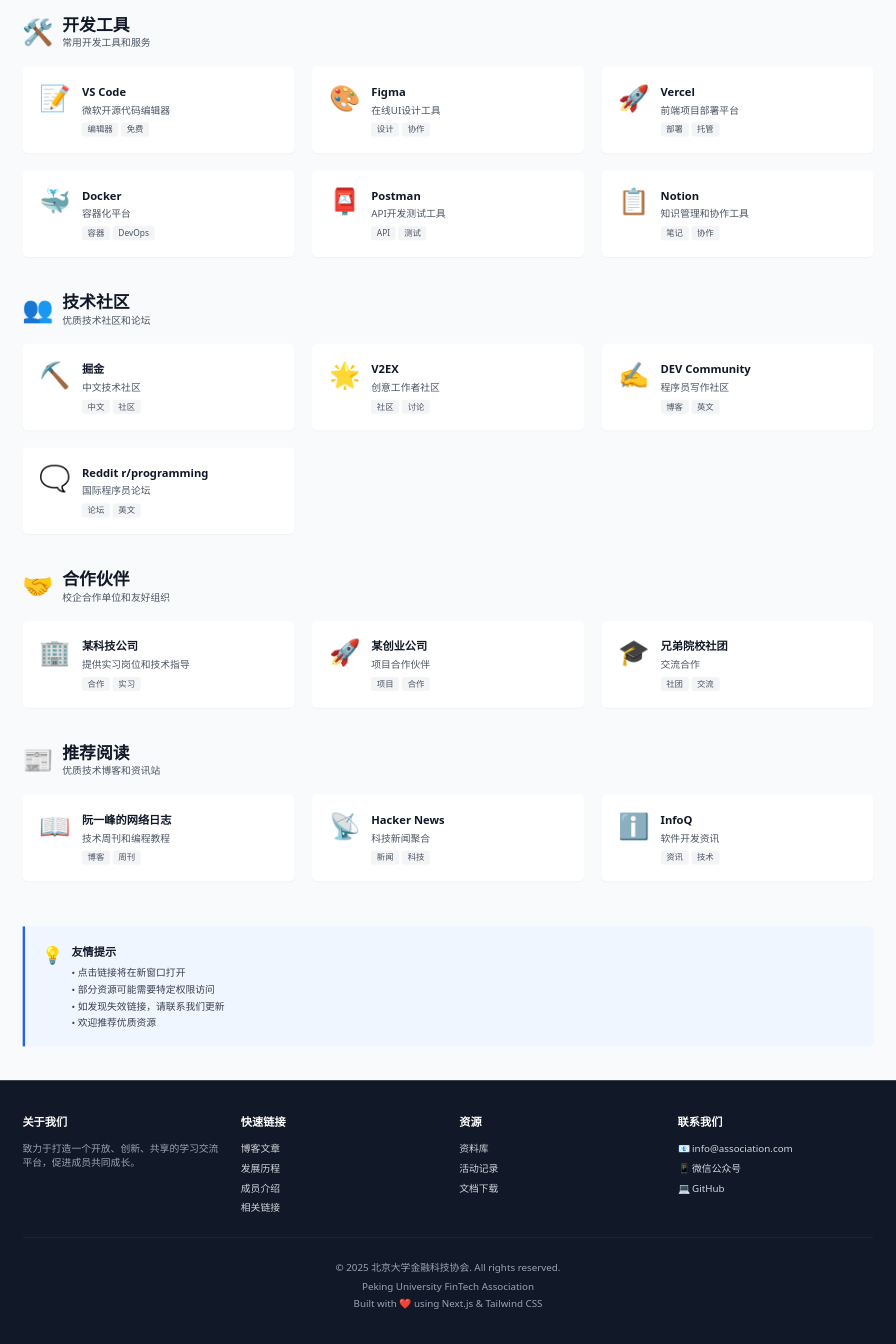
Repository: odsbaron/association-website
Page: /links
These files come from the project's save history. The page is drawn as it stood at one moment and after the next save; the edit follows.
The browser window is 1280 px wide. The pictures show the part of the page from y = 1013 to 2933 px (the page is 2933 px tall before and 2537 px after), at 70% of full size.
The project was rebuilt for these pictures with package versions that can differ from the ones it lists, and the page was loaded fresh each time. The framework's server and built-in components were replaced by stand-ins that run in the browser. Also part of the build but not shown: next.config.js.

Above is the page before, as saved 2025-12-06 12:55:38.

### app/layout.tsx
import type { Metadata } from "next";
import "./globals.css";
import Header from "@/components/layout/Header";
import Footer from "@/components/layout/Footer";

export const metadata: Metadata = {
  title: "协会官方网站",
  description: "展示协会发展历程、活动资料和成员信息的官方平台",
};

export default function RootLayout({
  children,
}: Readonly<{
  children: React.ReactNode;
}>) {
  return (
    <html lang="zh-CN">
      <body className="min-h-screen flex flex-col">
        <Header />
        <main className="flex-1">
          {children}
        </main>
        <Footer />
      </body>
    </html>
  );
}

### app/links/page.tsx
import { getLinkCategories } from "@/lib/links";

export default function LinksPage() {
  const categories = getLinkCategories();

  return (
    <div className="max-w-7xl mx-auto px-4 sm:px-6 lg:px-8 py-12">
      <div className="mb-12">
        <h1 className="text-4xl font-bold mb-4">链接导航</h1>
        <p className="text-gray-600">精选资源与友情链接</p>
      </div>

      <div className="space-y-12">
        {categories.map((category) => (
          <section key={category.name}>
            <div className="flex items-center gap-3 mb-6">
              <span className="text-4xl">{category.icon}</span>
              <div>
                <h2 className="text-2xl font-bold">{category.name}</h2>
                <p className="text-sm text-gray-600">{category.description}</p>
              </div>
            </div>

            <div className="grid md:grid-cols-3 gap-6">
              {category.links.map((link) => (
                <a
                  key={link.name}
                  href={link.url}
                  target="_blank"
                  rel="noopener noreferrer"
                  className="bg-white rounded-lg shadow-sm p-6 hover:shadow-md transition-all hover:-translate-y-1 group"
                >
                  <div className="flex items-start gap-4">
                    <div className="text-4xl">{link.icon}</div>
                    <div className="flex-1">
                      <h3 className="font-semibold mb-1 group-hover:text-primary transition-colors">
                        {link.name}
                      </h3>
                      <p className="text-sm text-gray-600 mb-2">
                        {link.description}
                      </p>
                      {link.tags && (
                        <div className="flex flex-wrap gap-1">
                          {link.tags.map((tag) => (
                            <span
                              key={tag}
                              className="px-2 py-0.5 bg-gray-100 text-gray-600 text-xs rounded"
                            >
                              {tag}
                            </span>
                          ))}
                        </div>
                      )}
                    </div>
                  </div>
                </a>
              ))}
            </div>
          </section>
        ))}
      </div>

      {/* 友情提示 */}
      <div className="mt-16 bg-blue-50 border-l-4 border-primary p-6 rounded-r-lg">
        <div className="flex items-start gap-3">
          <span className="text-2xl">💡</span>
          <div>
            <h3 className="font-semibold mb-2">友情提示</h3>
            <ul className="text-sm text-gray-700 space-y-1">
              <li>• 点击链接将在新窗口打开</li>
              <li>• 部分资源可能需要特定权限访问</li>
              <li>• 如发现失效链接，请联系我们更新</li>
              <li>• 欢迎推荐优质资源</li>
            </ul>
          </div>
        </div>
      </div>
    </div>
  );
}

### app/globals.css
@tailwind base;
@tailwind components;
@tailwind utilities;

:root {
  --primary: 37 99 235;
  --secondary: 124 58 237;
  --accent: 245 158 11;
}

body {
  @apply bg-gray-50 text-gray-900;
}

/* 文章内容样式 */
.prose {
  @apply max-w-none;
}

.prose h1 {
  @apply text-3xl font-bold mt-8 mb-4 text-gray-900;
}

.prose h2 {
  @apply text-2xl font-bold mt-6 mb-3 text-gray-800;
}

.prose h3 {
  @apply text-xl font-semibold mt-4 mb-2 text-gray-700;
}

.prose p {
  @apply mb-4 leading-7 text-gray-700;
}

.prose a {
  @apply text-primary underline hover:text-primary-600 transition-colors;
}

.prose ul {
  @apply list-disc list-inside mb-4 space-y-2;
}

.prose ol {
  @apply list-decimal list-inside mb-4 space-y-2;
}

.prose code {
  @apply bg-gray-100 px-2 py-1 rounded text-sm font-mono;
}

.prose pre {
  @apply bg-gray-900 text-gray-100 p-4 rounded-lg overflow-x-auto mb-4;
}

.prose blockquote {
  @apply border-l-4 border-primary pl-4 italic my-4 text-gray-600;
}

.prose img {
  @apply rounded-lg my-6 shadow-md;
}

.prose table {
  @apply w-full border-collapse mb-4;
}

.prose th {
  @apply bg-gray-100 border border-gray-300 px-4 py-2 font-semibold;
}

.prose td {
  @apply border border-gray-300 px-4 py-2;
}

### components/layout/Header.tsx
"use client";

import Link from "next/link";
import Image from "next/image";
import { useState } from "react";

export default function Header() {
  const [mobileMenuOpen, setMobileMenuOpen] = useState(false);

  const navItems = [
    { name: "首页", href: "/" },
    { name: "博客", href: "/blog" },
    { name: "发展历程", href: "/timeline" },
    { name: "资料库", href: "/archives" },
    { name: "成员", href: "/members" },
    { name: "链接", href: "/links" },
    { name: "关于", href: "/about" },
  ];

  return (
    <header className="bg-white shadow-sm sticky top-0 z-50">
      <nav className="max-w-7xl mx-auto px-4 sm:px-6 lg:px-8">
        <div className="flex justify-between items-center h-16">
          {/* Logo */}
          <Link href="/" className="flex items-center space-x-3">
            <Image
              src="/logo.jpg"
              alt="北京大学金融科技协会"
              width={180}
              height={50}
              className="h-12 w-auto"
              priority
            />
          </Link>

          {/* Desktop Navigation */}
          <div className="hidden md:flex space-x-8">
            {navItems.map((item) => (
              <Link
                key={item.name}
                href={item.href}
                className="text-gray-700 hover:text-primary transition-colors font-medium"
              >
                {item.name}
              </Link>
            ))}
          </div>

          {/* Mobile menu button */}
          <button
            className="md:hidden p-2"
            onClick={() => setMobileMenuOpen(!mobileMenuOpen)}
          >
            <svg
              className="w-6 h-6"
              fill="none"
              stroke="currentColor"
              viewBox="0 0 24 24"
            >
              {mobileMenuOpen ? (
                <path
                  strokeLinecap="round"
                  strokeLinejoin="round"
                  strokeWidth={2}
                  d="M6 18L18 6M6 6l12 12"
                />
              ) : (
                <path
                  strokeLinecap="round"
                  strokeLinejoin="round"
                  strokeWidth={2}
                  d="M4 6h16M4 12h16M4 18h16"
                />
              )}
            </svg>
          </button>
        </div>

        {/* Mobile Navigation */}
        {mobileMenuOpen && (
          <div className="md:hidden py-4 border-t">
            {navItems.map((item) => (
              <Link
                key={item.name}
                href={item.href}
                className="block py-2 text-gray-700 hover:text-primary transition-colors font-medium"
                onClick={() => setMobileMenuOpen(false)}
              >
                {item.name}
              </Link>
            ))}
          </div>
        )}
      </nav>
    </header>
  );
}

### components/layout/Footer.tsx
import Link from "next/link";

export default function Footer() {
  const currentYear = new Date().getFullYear();

  return (
    <footer className="bg-gray-900 text-gray-300">
      <div className="max-w-7xl mx-auto px-4 sm:px-6 lg:px-8 py-12">
        <div className="grid md:grid-cols-4 gap-8">
          {/* About */}
          <div>
            <h3 className="text-white font-semibold mb-4">关于我们</h3>
            <p className="text-sm text-gray-400">
              致力于打造一个开放、创新、共享的学习交流平台，促进成员共同成长。
            </p>
          </div>

          {/* Quick Links */}
          <div>
            <h3 className="text-white font-semibold mb-4">快速链接</h3>
            <ul className="space-y-2 text-sm">
              <li>
                <Link href="/blog" className="hover:text-white transition-colors">
                  博客文章
                </Link>
              </li>
              <li>
                <Link href="/timeline" className="hover:text-white transition-colors">
                  发展历程
                </Link>
              </li>
              <li>
                <Link href="/members" className="hover:text-white transition-colors">
                  成员介绍
                </Link>
              </li>
              <li>
                <Link href="/links" className="hover:text-white transition-colors">
                  相关链接
                </Link>
              </li>
            </ul>
          </div>

          {/* Resources */}
          <div>
            <h3 className="text-white font-semibold mb-4">资源</h3>
            <ul className="space-y-2 text-sm">
              <li>
                <Link href="/archives" className="hover:text-white transition-colors">
                  资料库
                </Link>
              </li>
              <li>
                <a href="#" className="hover:text-white transition-colors">
                  活动记录
                </a>
              </li>
              <li>
                <a href="#" className="hover:text-white transition-colors">
                  文档下载
                </a>
              </li>
            </ul>
          </div>

          {/* Contact */}
          <div>
            <h3 className="text-white font-semibold mb-4">联系我们</h3>
            <ul className="space-y-2 text-sm">
              <li>
                <a href="mailto:info@association.com" className="hover:text-white transition-colors">
                  📧 info@association.com
                </a>
              </li>
              <li>
                <a href="#" className="hover:text-white transition-colors">
                  📱 微信公众号
                </a>
              </li>
              <li>
                <a href="https://github.com" className="hover:text-white transition-colors">
                  💻 GitHub
                </a>
              </li>
            </ul>
          </div>
        </div>

        <div className="border-t border-gray-800 mt-8 pt-8 text-sm text-center text-gray-400">
          <p>© {currentYear} 北京大学金融科技协会. All rights reserved.</p>
          <p className="mt-2">
            Peking University FinTech Association
          </p>
          <p className="mt-1">
            Built with ❤️ using Next.js & Tailwind CSS
          </p>
        </div>
      </div>
    </footer>
  );
}

### lib/links.ts
export interface Link {
  name: string;
  url: string;
  description: string;
  icon: string;
  tags?: string[];
}

export interface LinkCategory {
  name: string;
  description: string;
  icon: string;
  links: Link[];
}

export function getLinkCategories(): LinkCategory[] {
  return [
    {
      name: "官方平台",
      description: "协会官方社交媒体和平台",
      icon: "🏢",
      links: [
        {
          name: "微信公众号",
          url: "#",
          description: "关注我们的官方公众号，获取最新动态",
          icon: "💬",
          tags: ["官方", "推荐"],
        },
        {
          name: "GitHub组织",
          url: "https://github.com/PKUAFT25",
          description: "查看我们的开源项目和代码仓库",
          icon: "💻",
          tags: ["开源", "代码"],
        },
        {
          name: "哔哩哔哩",
          url: "https://bilibili.com",
          description: "技术分享视频和活动录播",
          icon: "📺",
          tags: ["视频", "教程"],
        },
        {
          name: "知乎专栏",
          url: "https://zhihu.com",
          description: "技术文章和经验分享",
          icon: "📚",
          tags: ["文章", "分享"],
        },
      ],
    },
    {
      name: "学习资源",
      description: "精选的学习资料和教程",
      icon: "📖",
      links: [
        {
          name: "MDN Web Docs",
          url: "https://developer.mozilla.org",
          description: "Web开发权威文档",
          icon: "🌐",
          tags: ["前端", "文档"],
        },
        {
          name: "FreeCodeCamp",
          url: "https://freecodecamp.org",
          description: "免费编程学习平台",
          icon: "🎓",
          tags: ["教程", "免费"],
        },
        {
          name: "LeetCode",
          url: "https://leetcode.com",
          description: "算法题库和编程练习",
          icon: "💡",
          tags: ["算法", "刷题"],
        },
        {
          name: "Coursera",
          url: "https://coursera.org",
          description: "在线课程平台",
          icon: "🎯",
          tags: ["课程", "学习"],
        },
        {
          name: "GitHub Student Pack",
          url: "https://education.github.com/pack",
          description: "学生开发者工具包",
          icon: "🎁",
          tags: ["学生", "福利"],
        },
        {
          name: "Stack Overflow",
          url: "https://stackoverflow.com",
          description: "程序员问答社区",
          icon: "❓",
          tags: ["问答", "社区"],
        },
      ],
    },
    {
      name: "开发工具",
      description: "常用开发工具和服务",
      icon: "🛠️",
      links: [
        {
          name: "VS Code",
          url: "https://code.visualstudio.com",
          description: "微软开源代码编辑器",
          icon: "📝",
          tags: ["编辑器", "免费"],
        },
        {
          name: "Figma",
          url: "https://figma.com",
          description: "在线UI设计工具",
          icon: "🎨",
          tags: ["设计", "协作"],
        },
        {
          name: "Vercel",
          url: "https://vercel.com",
          description: "前端项目部署平台",
          icon: "🚀",
          tags: ["部署", "托管"],
        },
        {
          name: "Docker",
          url: "https://docker.com",
          description: "容器化平台",
          icon: "🐳",
          tags: ["容器", "DevOps"],
        },
        {
          name: "Postman",
          url: "https://postman.com",
          description: "API开发测试工具",
          icon: "📮",
          tags: ["API", "测试"],
        },
        {
          name: "Notion",
          url: "https://notion.so",
          description: "知识管理和协作工具",
          icon: "📋",
          tags: ["笔记", "协作"],
        },
      ],
    },
    {
      name: "技术社区",
      description: "优质技术社区和论坛",
      icon: "👥",
      links: [
        {
          name: "掘金",
          url: "https://juejin.cn",
          description: "中文技术社区",
          icon: "⛏️",
          tags: ["中文", "社区"],
        },
        {
          name: "V2EX",
          url: "https://v2ex.com",
          description: "创意工作者社区",
          icon: "🌟",
          tags: ["社区", "讨论"],
        },
        {
          name: "DEV Community",
          url: "https://dev.to",
          description: "程序员写作社区",
          icon: "✍️",
          tags: ["博客", "英文"],
        },
        {
          name: "Reddit r/programming",
          url: "https://reddit.com/r/programming",
          description: "国际程序员论坛",
          icon: "🗨️",
          tags: ["论坛", "英文"],
        },
      ],
    },
    {
      name: "合作伙伴",
      description: "校企合作单位和友好组织",
      icon: "🤝",
      links: [
        {
          name: "某科技公司",
          url: "#",
          description: "提供实习岗位和技术指导",
          icon: "🏢",
          tags: ["合作", "实习"],
        },
        {
          name: "某创业公司",
          url: "#",
          description: "项目合作伙伴",
          icon: "🚀",
          tags: ["项目", "合作"],
        },
        {
          name: "兄弟院校社团",
          url: "#",
          description: "交流合作",
          icon: "🎓",
          tags: ["社团", "交流"],
        },
      ],
    },
    {
      name: "推荐阅读",
      description: "优质技术博客和资讯站",
      icon: "📰",
      links: [
        {
          name: "阮一峰的网络日志",
          url: "https://ruanyifeng.com/blog",
          description: "技术周刊和编程教程",
          icon: "📖",
          tags: ["博客", "周刊"],
        },
        {
          name: "Hacker News",
          url: "https://news.ycombinator.com",
          description: "科技新闻聚合",
          icon: "📡",
          tags: ["新闻", "科技"],
        },
        {
          name: "InfoQ",
          url: "https://infoq.cn",
          description: "软件开发资讯",
          icon: "ℹ️",
          tags: ["资讯", "技术"],
        },
      ],
    },
  ];
}

### tailwind.config.ts
import type { Config } from "tailwindcss";

const config: Config = {
  content: [
    "./pages/**/*.{js,ts,jsx,tsx,mdx}",
    "./components/**/*.{js,ts,jsx,tsx,mdx}",
    "./app/**/*.{js,ts,jsx,tsx,mdx}",
  ],
  theme: {
    extend: {
      colors: {
        primary: {
          DEFAULT: '#2563eb',
          50: '#eff6ff',
          100: '#dbeafe',
          200: '#bfdbfe',
          300: '#93c5fd',
          400: '#60a5fa',
          500: '#3b82f6',
          600: '#2563eb',
          700: '#1d4ed8',
          800: '#1e40af',
          900: '#1e3a8a',
        },
        secondary: {
          DEFAULT: '#7c3aed',
          500: '#7c3aed',
          600: '#6d28d9',
        },
      },
    },
  },
  plugins: [],
};

export default config;

After the next save:
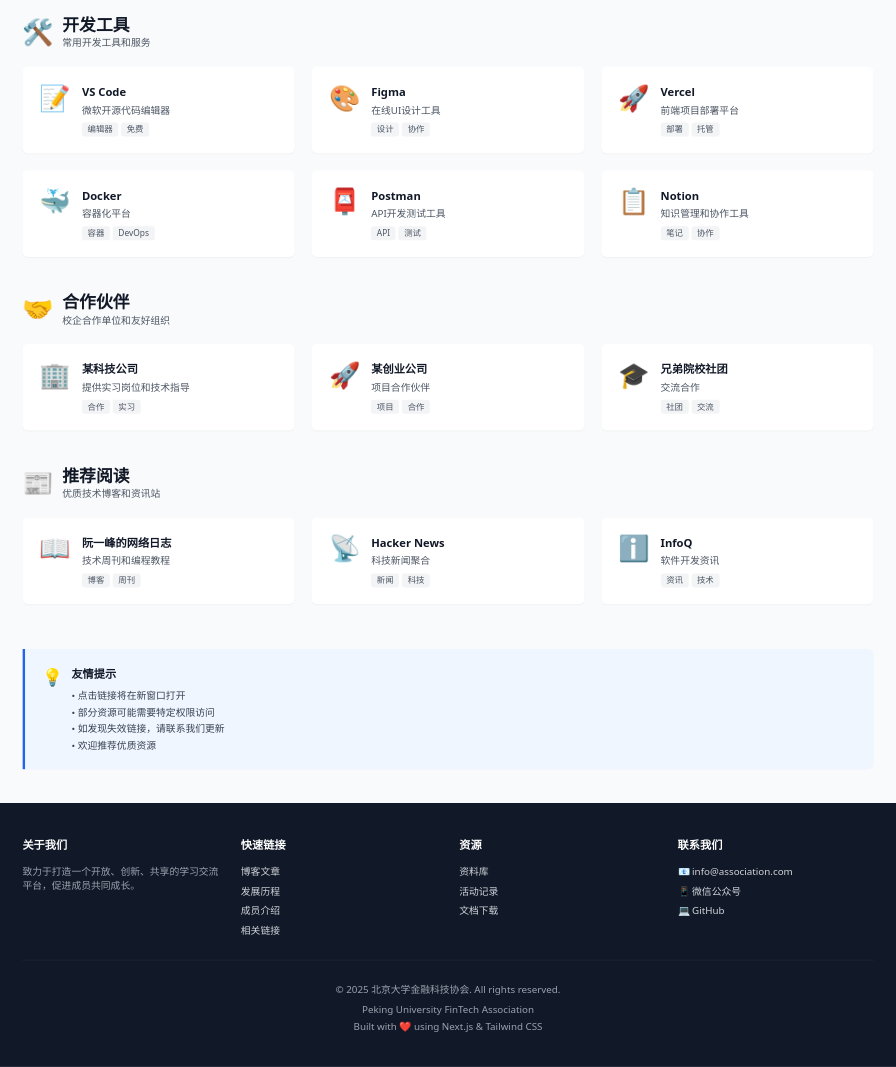
Saved 22 s later.
--- a/lib/links.ts
+++ b/lib/links.ts
@@ -149,41 +149,6 @@
       ],
     },
     {
-      name: "技术社区",
-      description: "优质技术社区和论坛",
-      icon: "👥",
-      links: [
-        {
-          name: "掘金",
-          url: "https://juejin.cn",
-          description: "中文技术社区",
-          icon: "⛏️",
-          tags: ["中文", "社区"],
-        },
-        {
-          name: "V2EX",
-          url: "https://v2ex.com",
-          description: "创意工作者社区",
-          icon: "🌟",
-          tags: ["社区", "讨论"],
-        },
-        {
-          name: "DEV Community",
-          url: "https://dev.to",
-          description: "程序员写作社区",
-          icon: "✍️",
-          tags: ["博客", "英文"],
-        },
-        {
-          name: "Reddit r/programming",
-          url: "https://reddit.com/r/programming",
-          description: "国际程序员论坛",
-          icon: "🗨️",
-          tags: ["论坛", "英文"],
-        },
-      ],
-    },
-    {
       name: "合作伙伴",
       description: "校企合作单位和友好组织",
       icon: "🤝",
